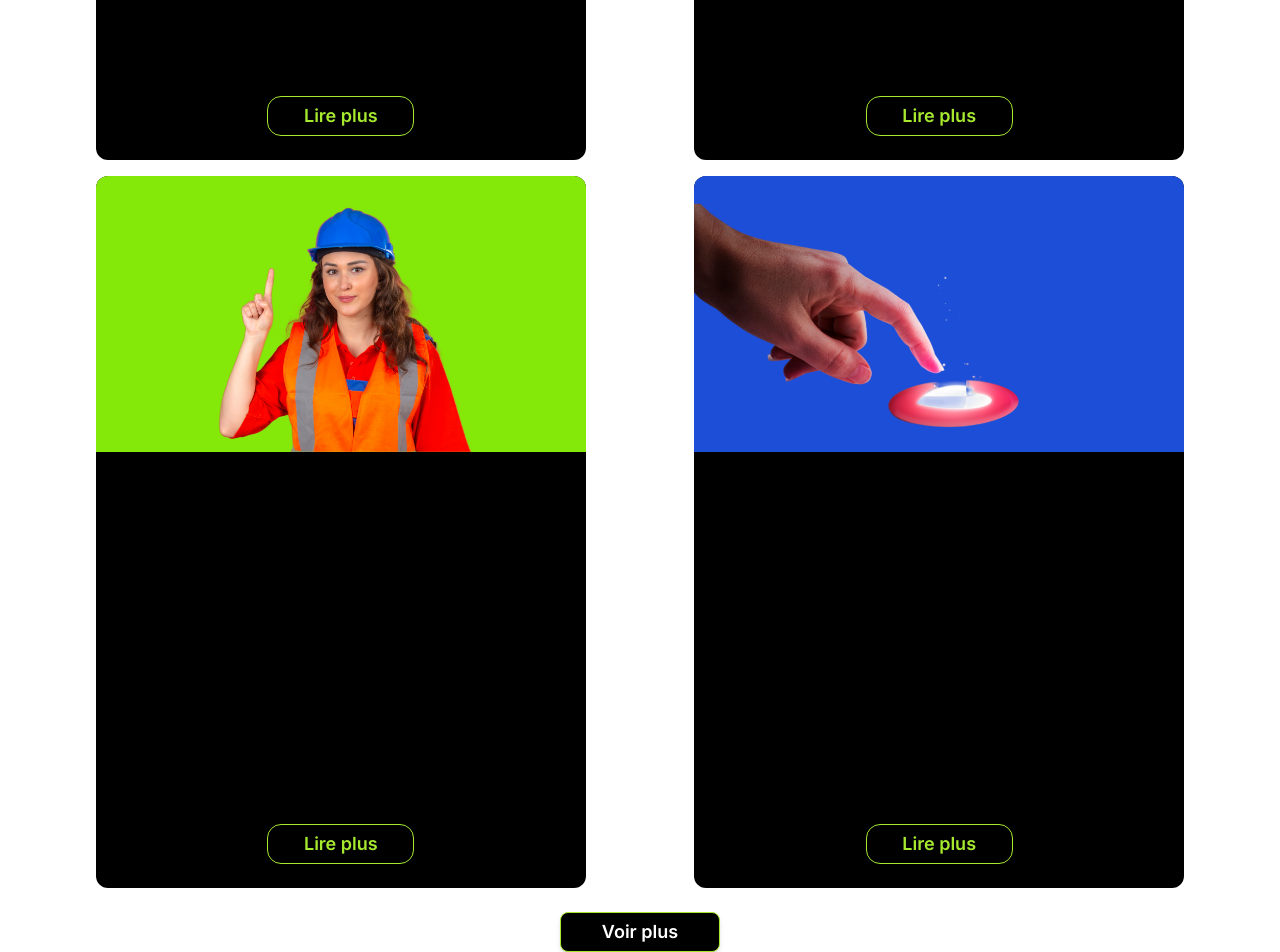
Repository: NassimeElkamari/test
Page: /blogs
These files come from the project's save history. The page is drawn as it stood at one moment and after the next save; the edit follows.
The browser window is 1280 px wide. The pictures show the part of the page from y = 1243 to 2195 px (the page is 2195 px tall).
The project was rebuilt for these pictures with package versions that can differ from the ones it lists, and the page was loaded fresh each time. The framework's server and built-in components were replaced by stand-ins that run in the browser. Also part of the build but not shown: next.config.mjs.

Above is the page before, as saved 2024-06-12 16:05:37.

### src/app/blogs/page.tsx
import Image from 'next/image';
import React from 'react';
import { MdDateRange } from "react-icons/md";
import BlogCard from '../../components/BlogCard';
import { cardData } from '../../data/cardData';

const Blog = () => {
  return (
    <div className='bg-white'>
      <div className='flex justify-center'>
        <h1 className="text-4xl font-bold text-center">Blog</h1>
      </div>
      <div className="relative w-[92vw] h-[85vh] mx-auto overflow-hidden bg-black pt-5 pl-8 flex flex-col justify-start rounded-2xl">
        <Image
          src="/bgImage.jpg"
          layout="fill"
          objectFit="cover"
          objectPosition="top"
          quality={100}
          alt="Background Image"
          className="opacity-30 bg-black"
        />
        <div className="absolute inset-0 flex flex-col justify-center text-white mt-[6%] p-4 pl-8">
          <h1 className="text-[52px] font-semibold mb-4">
            Ouvrez les portes de la connaissance <br /> avec nos Blogs stimulants
          </h1>
          <p className="text-[17px] mb-8">
            Découvrez les dernières actualités de 2peerfect dans une multitude de domaines passionnants. <br />Plongez-vous dans nos articles pour rester à jour sur les tendances les plus récentes en technologie, <br /> santé mentale, Design, Business, et bien plus encore. Avec une expertise diversifiée et des perspectives variées,<br /> 2peerfect vous offre un aperçu complet et captivant des développements les plus récents à travers différents secteurs.<br /> Ne manquez rien de ce qui se passe dans le monde, suivez 2peerfect pour rester informé et inspiré.
          </p>
          <div className="flex flex-wrap justify-between space-x-4 w-[80%]">
            <div className="bg-transparent rounded-lg shadow-md w-[15%] h-10 mb-4 border border-[#A7E92F] flex items-center justify-center">
              <h2 className="text-lg font-semibold text-center">Marketing</h2>
            </div>
            <div className="bg-transparent rounded-lg shadow-md w-[15%] h-10 mb-4 border border-[#A7E92F] flex items-center justify-center">
              <h2 className="text-lg font-semibold text-center">Design</h2>
            </div>
            <div className="bg-transparent rounded-lg shadow-md w-[15%] h-10 mb-4 border border-[#A7E92F] flex items-center justify-center">
              <h2 className="text-lg font-semibold text-center">Business</h2>
            </div>
            <div className="bg-transparent rounded-lg shadow-md w-[15%] h-10 mb-4 border border-[#A7E92F] flex items-center justify-center">
              <h2 className="text-lg font-semibold text-center">IT</h2>
            </div>
            <div className="bg-transparent rounded-lg shadow-md w-[15%] text-center h-10 mb-4 border border-[#A7E92F] flex items-center justify-center">
              <h2 className="text-lg font-semibold">Psychologie</h2>
            </div>
            {/* Add more cards as needed */}
          </div>
        </div>
      </div>
      <div className='second-section w-[85vw] mx-auto mt-10 flex justify-center'>
        <div className="flex flex-wrap gap-4 justify-between ">
          {cardData.map((card) => (
            <BlogCard
              key={card.id}
              imageSrc={card.imageSrc}
              title={card.title}
              description={card.description}
              date={card.date}
              color={card.background}
            />
          ))}
        </div>
      </div>
      <div className="flex justify-center mt-10">
        <button className="bg-black text-white rounded-lg shadow-md w-40 text-center h-10 border border-[#A7E92F] flex items-center justify-center">
          <h2 className="text-lg font-semibold">Voir plus</h2>
        </button>
      </div>
    </div>
  );
};

export default Blog;

### src/components/BlogCard.tsx
import Image from 'next/image'
import React from 'react'
import { MdDateRange } from "react-icons/md";


const BlogCard = ({ imageSrc, title, description, date , color}) => {
  return (
    <div className='w-[45%] h-[50%] bg-black rounded-xl flex flex-col'>
    <div className="w-[100%] h-2/5 relative">
        <Image
        src={imageSrc}
        layout='responsive'
        height={100}
        width={100}
        alt="Card Image"
        className="w-full h-full rounded-t-xl "
        style={{backgroundColor: `${color}`}}
        />
    </div>
    <div className="pt-14 flex justify-center items-center flex-col px-5">
        <h1 className="text-[32px] font-semibold">{title}</h1>
        <p className="text-md mt-5">{description}</p>
    </div>
    <div className="flex items-center justify-end mt-10 mr-2">
        <MdDateRange width={70} height={70} className='mr-4'/>
        <p className="mr-2">{date}</p>
    </div>
    <div className="flex justify-center mt-8 mb-6"> {/* Added justify-center class */}
        <button className="bg-black rounded-[14px] shadow-md w-[30%] text-center h-10 border border-[#A7E92F] flex items-center justify-center">
        <h2 className="text-lg font-semibold text-[#A7E92F]">Lire plus</h2> {/* Added text-white class */}
        </button>
    </div>
    </div>
  )
}

export default BlogCard

### src/data/cardData.js
export const cardData = [
  {
    id: 1,
    imageSrc: "/card11.png",
    title: "L'impact des médias sociaux sur la santé mental",
    description: "Discuter de la façon dont les likes, les commentaires et les partages peuvent devenir une mesure de notre valeur personnelle, et comment cela peut affecter notre estime de soi et notre bien-être émotionnel...",
    date: "11 Décembre 2023",
    background: '#1D4ED8' // Background color for the first card
  },
  {
    id: 2,
    imageSrc: "/card22.png",
    title: "L’inovation technologique dans l’éducation",
    description: "Reconnaître les défis liés à l'intégration de la technologie dans l'éducation, tels que l'accès inégal aux ressources technologiques et les préoccupations concernant la dépendance excessive à la technologie...",
    date: "11 Décembre 2023",
    background: '#84e809' // Background color for the second card
  },
  {
    id: 3,
    imageSrc: "/card33.png",
    title: "L’inovation technologique dans l’éducation",
    description: "Reconnaître les défis liés à l'intégration de la technologie dans l'éducation, tels que l'accès inégal aux ressources technologiques et les préoccupations concernant la dépendance excessive à la technologie...",
    date: "11 Décembre 2023",
    background: '#84e809' // Background color for the third card
  },
  {
    id: 4,
    imageSrc: "/card11.png",
    title: "L'impact des médias sociaux sur la santé mental",
    description: "Discuter de la façon dont les likes, les commentaires et les partages peuvent devenir une mesure de notre valeur personnelle, et comment cela peut affecter notre estime de soi et notre bien-être émotionnel...",
    date: "11 Décembre 2023",
    background: '#1D4ED8' // Background color for the fourth card
  },
];

Loaded but not shown: src/app/layout.tsx (common file); src/app/globals.css (common file); tailwind.config.ts (common file)

After the next save:
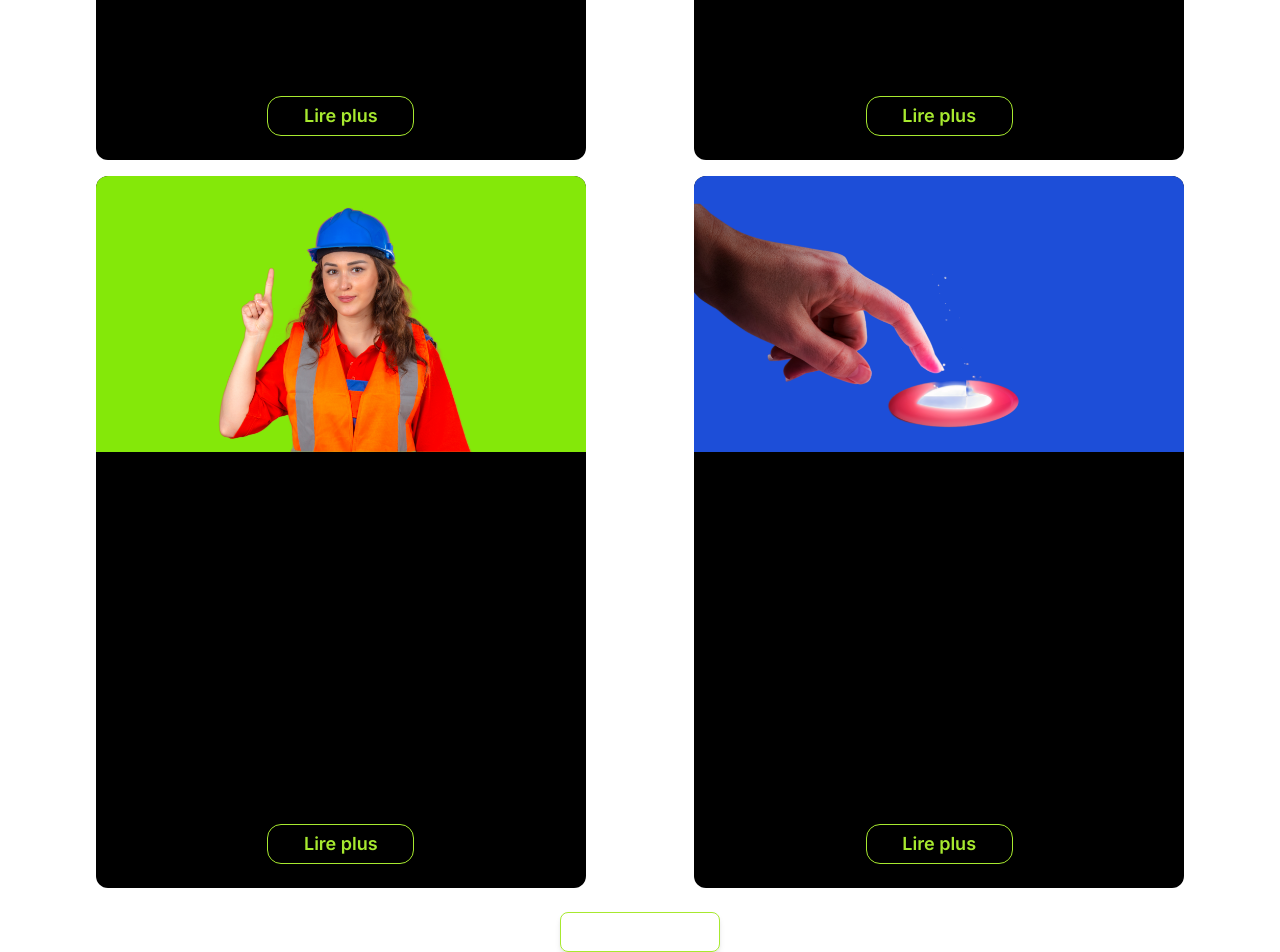
Saved 24 s later.
--- a/src/app/blogs/page.tsx
+++ b/src/app/blogs/page.tsx
@@ -62,7 +62,7 @@ const Blog = () => {
         </div>
       </div>
       <div className="flex justify-center mt-10">
-        <button className="bg-black text-white rounded-lg shadow-md w-40 text-center h-10 border border-[#A7E92F] flex items-center justify-center">
+        <button className=" text-white rounded-lg shadow-md w-40 text-center h-10 border border-[#A7E92F] flex items-center justify-center">
           <h2 className="text-lg font-semibold">Voir plus</h2>
         </button>
       </div>
